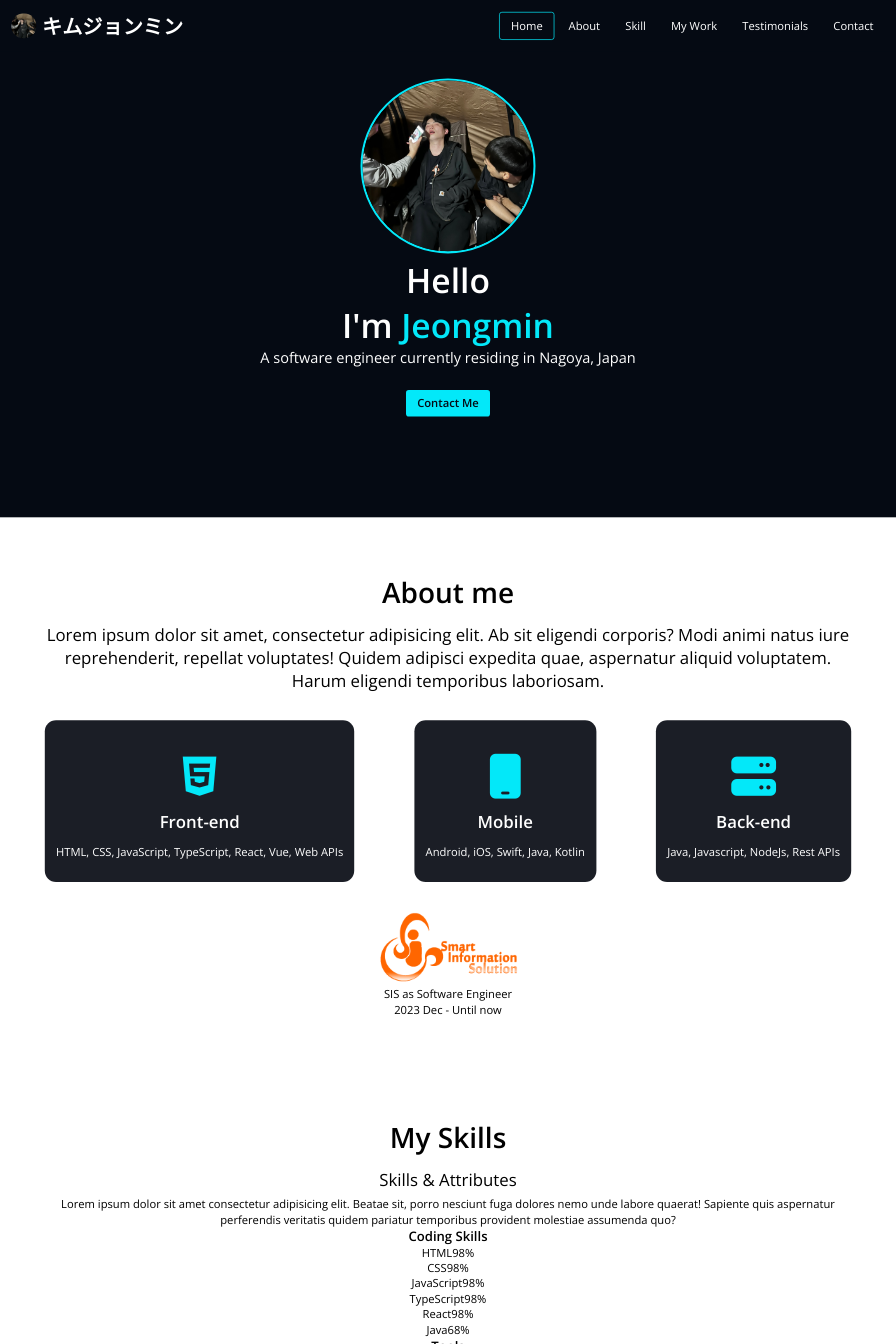
Repository: N1C0N1C0/Portfolio
Page: index.html
These files come from the project's save history. The page is drawn as it stood at one moment and after the next save; the edit follows.
The browser window is 1280 px wide. The pictures show the part of the page from y = 0 to 1920 px (the page is 6527 px tall), at 70% of full size.
The pointer rests on the first visible `.major`.
Some web libraries are served in a nearby version.

Above is the page before, as saved 2023-12-16 19:01:43.

After the next save:
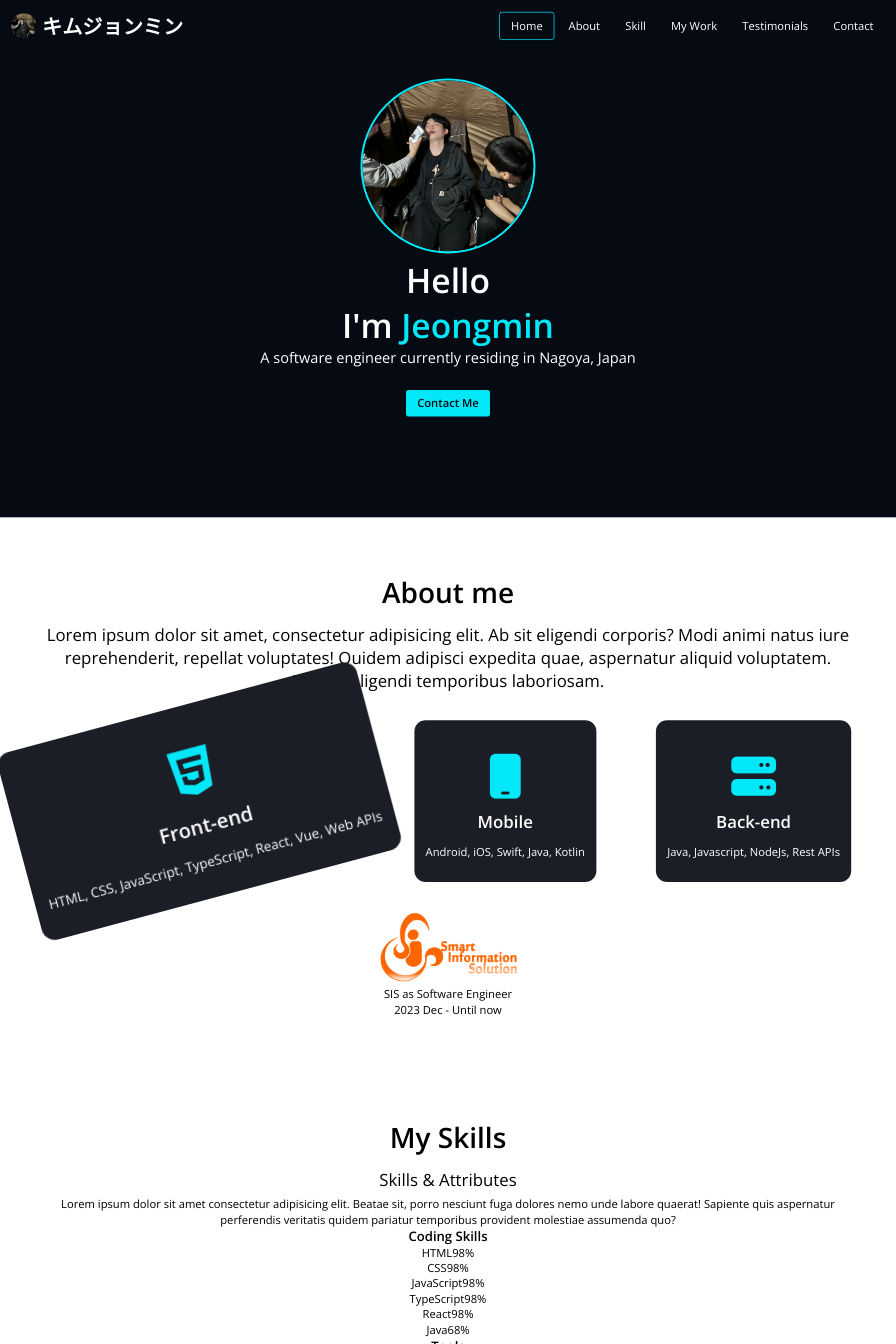
Saved 71 s later.
--- a/css/style.css
+++ b/css/style.css
@@ -182,3 +182,7 @@ button:focus {
     font-weight: bold;
     margin-bottom: 1rem;
 }
+
+.major:hover {
+    transform: rotate(-15deg) scale(1.2);
+}

After the save that followed:
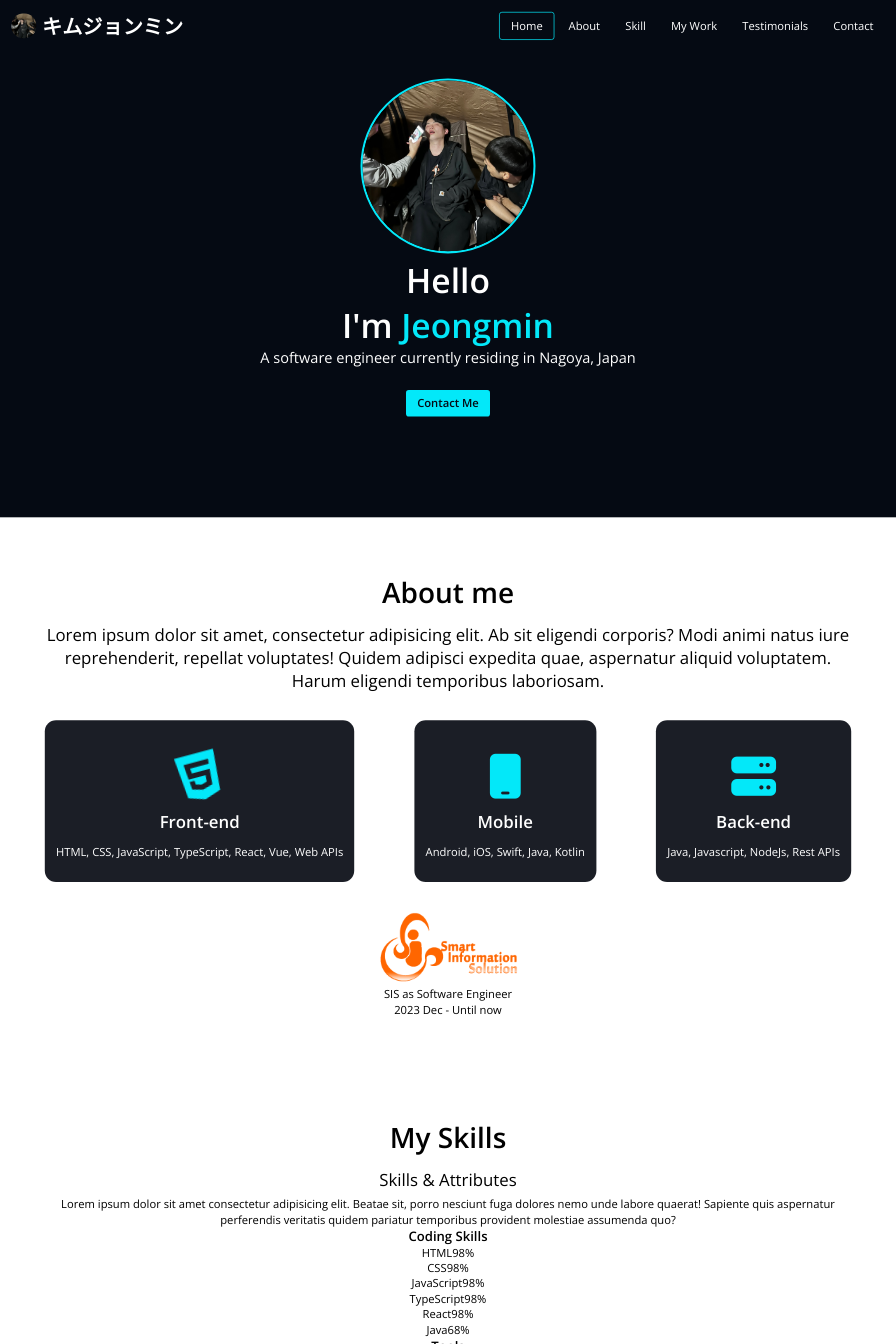
Saved 16 s later.
--- a/css/style.css
+++ b/css/style.css
@@ -183,6 +183,6 @@ button:focus {
     margin-bottom: 1rem;
 }
 
-.major:hover {
+.major:hover .major__icon{
     transform: rotate(-15deg) scale(1.2);
 }
